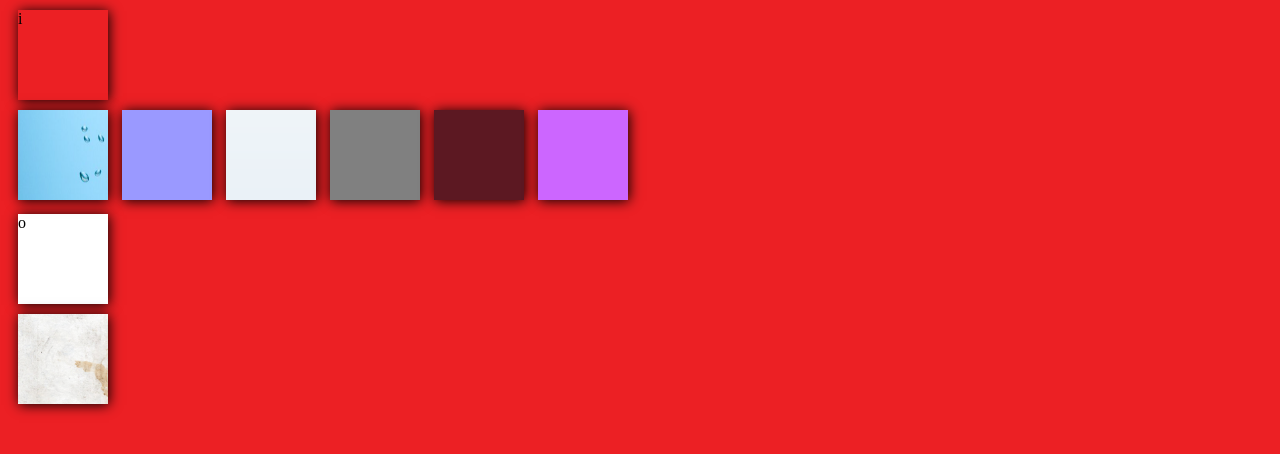
Repository: raghu225/raghu225.github.io
Page: archive/index.html
The author's editor kept a record of every edit. The page is drawn from the files as they stood at one moment, then again after the next edit.
The browser window is 1280 px wide. The pictures show the whole page.

Above is the page before.

### archive/index.html
<html>

    <head>
        <title>Composition Archive</title>
        <link href="assets/css/style.css" rel="stylesheet" type="text/css" />
    </head>

    <body>

    <div class="wrapper">

        <div class="background" class="black">i</div>
        <img class="background" src="assets/images/bluepic.png"/>
        <img class="background" src="assets/images/bluepurple.png"/>
        <img class="background" src="assets/images/bluewhite.png"/>
        <a href="lika.html"><img class="background" src="assets/images/grey.png"/></a>
        <img class="background" src="assets/images/maroon.png"/>
        <img class="background" src="assets/images/purple.png"/>
        <div class="white background">o</div>
        <img class="background" src="assets/images/wtex.png"/>

    </body>

</html>

### archive/assets/css/style.css
.wrapper {
    /*width: 1000px;*/
    /*margin-top: 20px;*/
    margin-left: 100px;
    /*position: absolute;*/
    display: inline;
}

.background {
    margin-left: 10px;
    margin-top: 10px;
    width: 90px;
    height: 90px;
    /*border: solid white;*/
    /*display: inline block;*/
    box-shadow: 1px 1px 12px #000000;
    transition: all .6s ease-in-out;
}

.background:hover {
    transform: scale(1.1);
}

.black {
    background-color: #000;
    width: 90px;
    height: 90px;
    /*display: inline block;*/
    /*float: left;*/
}

.white {
    background-color: #fff;
    width: 90px;
    height: 90px;
    /*float: right;*/
    /*display: inline block;*/
}

body {
    background-color: #ec2024;
}

.grey:hover {
    background-color: black;
}

.text {
    font-family: 'courier new', courier;
    color: white;
    font-size: 12px;
    font-weight: lighter;
    width: 70px;
    margin-left: 5px;
}

.icon {
    margin-left: -95px;
    margin-top: 5px;
    width: 70px;
    height: 70px;
}

.prev {
    background-color: black;
    width: 70px;
    height: 70px;
    margin-right: 0px;
    margin-bottom: 0px;
}

.left {
    float: left;
}

.static {
    position: absolute;
    width: 400px;
    height: 400px;
    margin-top: -190px;
    margin-left: 160px;
}

After the next edit:
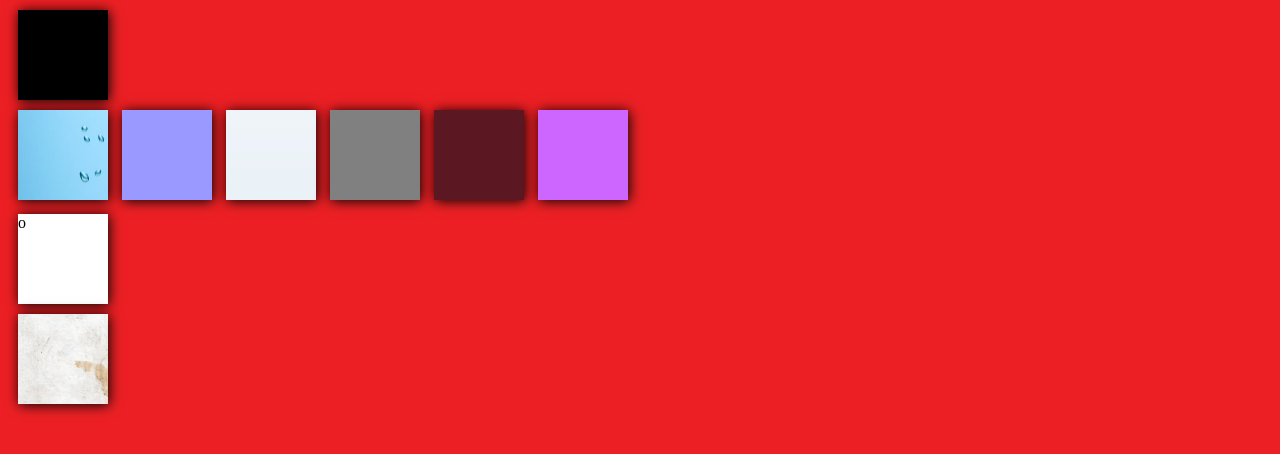
The edit:
--- a/archive/index.html
+++ b/archive/index.html
@@ -9,7 +9,7 @@
 
     <div class="wrapper">
 
-        <div class="background" class="black">i</div>
+        <div class="black background"></div>
         <img class="background" src="assets/images/bluepic.png"/>
         <img class="background" src="assets/images/bluepurple.png"/>
         <img class="background" src="assets/images/bluewhite.png"/>
